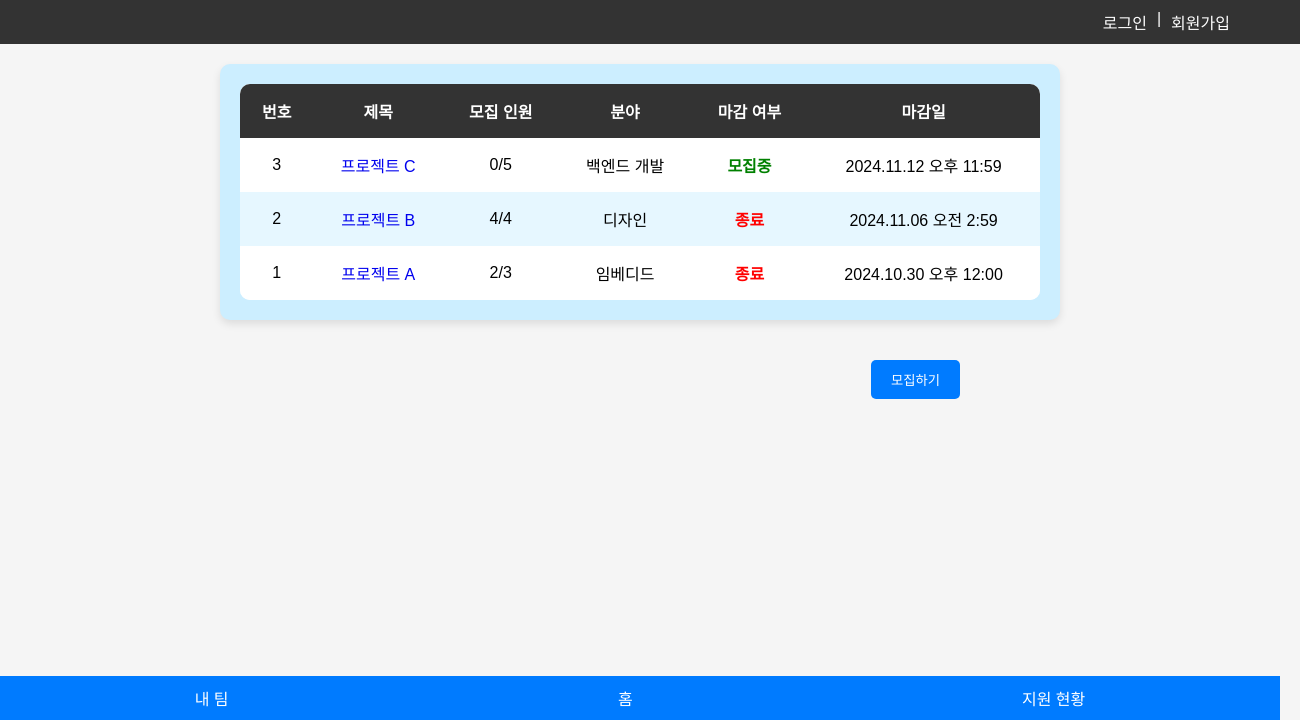
Repository: TUK-WEBSERIVCE/tuk-team-gem
Page: tuk-team-gem/src/main/webapp/main/mainPage.html
These files come from the project's save history. The page is drawn as it stood at one moment and after the next save; the edit follows.
The browser window is 1280 px wide. The page is 1300 px wide, so the pictures cover 1300 px, including what lies to the right of the window. The pictures show the whole page.

Above is the page before, as saved 2024-11-13 13:06:56.

### tuk-team-gem/src/main/webapp/main/mainPage.html
<!DOCTYPE html>
<html lang="ko">
<head>
    <meta charset="UTF-8">
    <meta name="viewport" content="width=device-width, initial-scale=1.0">
    <title>모집 목록</title>
    <style>
        body {
            font-family: Arial, sans-serif;
            margin: 0;
            padding: 0;
            background-color: #f5f5f5;
            display: flex;
            flex-direction: column;
            align-items: center;
            overflow-x: hidden;
        }

        header {
            width: 100%;
            display: flex;
            justify-content: flex-end;
            padding: 10px 20px;
            background-color: #333;
            color: white;
        }

        a {
        	text-decoration: none;
        }

        header a {
            color: white;
            text-decoration: none;
        }

        .container {
            background-color: #cceeff;
            width: 80%;
            max-width: 800px;
            margin: 20px auto;
            padding: 20px;
            border-radius: 10px;
            box-shadow: 0 4px 8px rgba(0, 0, 0, 0.1);
        }

        table {
            width: 100%;
            border-collapse: collapse;
            background-color: white;
            border-radius: 10px;
            overflow: hidden;
        }

        th, td {
            padding: 15px;
            text-align: center;
        }

        th {
            background-color: #333;
            color: white;
        }

        tr:nth-child(even) {
            background-color: #e6f7ff;
        }

        tr:nth-child(odd) {
            background-color: #ffffff;
        }

        .status-open {
            color: green;
            font-weight: bold;
        }

        .status-closed {
            color: red;
            font-weight: bold;
        }

        .button-container {
            width: 100%;
            display: flex;
            justify-content: flex-end;
            margin-top: 20px;
            margin-right: 50%;
        }

        .button-container button {
            padding: 10px 20px;
            background-color: #007bff;
            color: white;
            border: none;
            border-radius: 5px;
            cursor: pointer;
        }

        .button-container button:hover {
            background-color: #0056b3;
        }

        .divider {
    		color: white;
    		margin-left: 10px;
    		margin-right: 10px;
		}

		nav {
            width: 100%;
            background-color: #007bff;
            padding: 10px 0;
            position: fixed;
            bottom: 0;
        }
        nav ul {
            list-style-type: none;
            display: flex;
            justify-content: space-around;
            margin: 0;
            padding: 0;
        }
        nav ul li a {
            color: white;
            text-decoration: none;
        }
    </style>
</head>
<body>
    <header>
        <a href="#">로그인</a>
        <span class="divider">|</span>
        <a href="#" style="margin-right: 50px;">회원가입</a>
    </header>

    <div class="container">
        <table>
            <thead>
                <tr>
                    <th>번호</th>
                    <th>제목</th>
                    <th>모집 인원</th>
                    <th>분야</th>
                    <th>마감 여부</th>
                    <th>마감일</th>
                </tr>
            </thead>
            <tbody>
                <tr>
                    <td>3</td>
                    <td><a href="#">프로젝트 C</a></td>
                    <td>0/5</td>
                    <td>백엔드 개발</td>
                    <td class="status-open">모집중</td>
                    <td>2024.11.12 오후 11:59</td>
                </tr>
                <tr>
                    <td>2</td>
                    <td><a href="#">프로젝트 B</a></td>
                    <td>4/4</td>
                    <td>디자인</td>
                    <td class="status-closed">종료</td>
                    <td>2024.11.06 오전 2:59</td>
                </tr>
                <tr>
                    <td>1</td>
                    <td><a href="#">프로젝트 A</a></td>
                    <td>2/3</td>
                    <td>임베디드</td>
                    <td class="status-closed">종료</td>
                    <td>2024.10.30 오후 12:00</td>
                </tr>
            </tbody>
        </table>
    </div>

    <div class="button-container">
        <button>모집하기</button>
    </div>

    <!-- 하단 네비게이션 바 -->
    <nav>
        <ul>
            <li><a href="#">내 팀</a></li>
            <li><a href="#">홈</a></li>
            <li><a href="#">지원 현황</a></li>
        </ul>
    </nav>
</body>
</html>

After the next save:
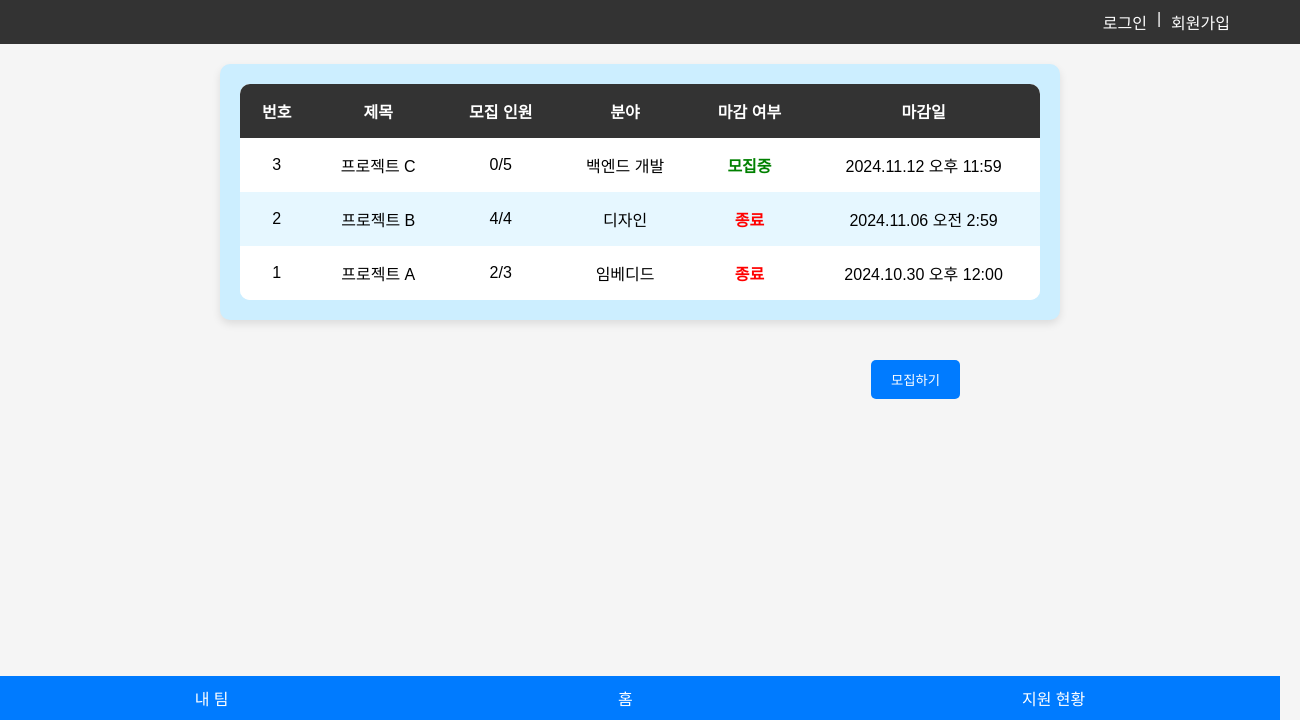
Saved 31 s later.
--- a/tuk-team-gem/src/main/webapp/main/mainPage.html
+++ b/tuk-team-gem/src/main/webapp/main/mainPage.html
@@ -26,6 +26,7 @@
         }
 
         a {
+        	color: inherit; /* 부모 요소의 글자색과 일치 */
         	text-decoration: none;
         }
 
